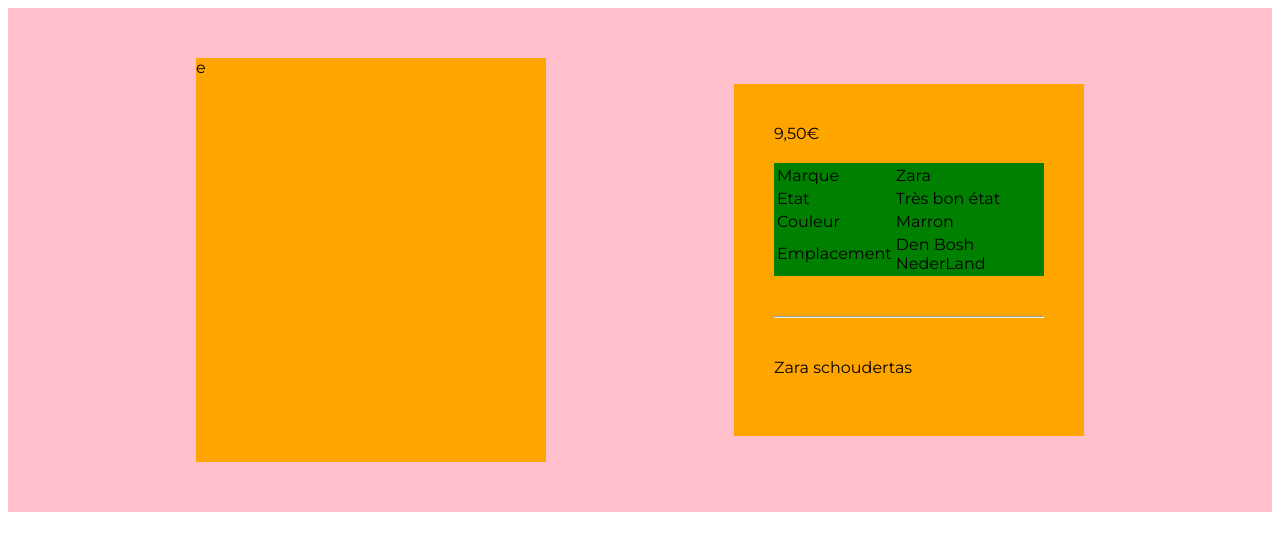
Repository: mel-in-a/vinted-front-clone
Page: html/offer.html
These files come from the project's save history. The page is drawn as it stood at one moment and after a run of saves; the edit follows.
The browser window is 1280 px wide. The pictures show the whole page.

Above is the page before, as saved 2021-07-29 16:40:12.

### html/offer.html
<!DOCTYPE html>
<html lang="en">
  <head>
    <meta charset="UTF-8" />
    <meta http-equiv="X-UA-Compatible" content="IE=edge" />
    <meta name="viewport" content="width=device-width, initial-scale=1.0" />
    <link rel="preconnect" href="https://fonts.googleapis.com" />
    <link rel="preconnect" href="https://fonts.gstatic.com" crossorigin />
    <link
      href="https://fonts.googleapis.com/css2?family=Montserrat:wght@100;200;300;400;500;600;700;800;900&display=swap"
      rel="stylesheet"
    />
    <link rel="stylesheet" href="/offer.css" />
    <title>Document</title>
  </head>
  <body>
    <div class="offer">
      <div class="left">e</div>
      <div class="right">
        <div class="price">9,50€</div>
        <div class="horizontal">
          <table>
            <tr>
              <td>Marque</td>
              <td>Zara</td>
            </tr>
            <tr>
              <td>Etat</td>
              <td>Très bon état</td>
            </tr>
            <tr>
              <td>Couleur</td>
              <td>Marron</td>
            </tr>
            <tr>
              <td>Emplacement</td>
              <td>Den Bosh NederLand</td>
            </tr>
          </table>
        </div>
        <hr />
        <div class="editor">Zara schoudertas</div>
        <div class="description"></div>
      </div>
    </div>
  </body>
</html>

### html/offer.css
* {
  font-family: "Montserrat", sans-serif;
}
.offer {
  width: 100%;
  display: flex;
  background-color: pink;
  height: 70vh;
  justify-content: space-evenly;
  align-items: center;
  flex-shrink: 0;
}

.offer .left,
.offer .right {
  width: 350px;
  background-color: orange;

}
.offer .left {
    height: 80%;
}
.offer .right {
    height: 70%;
  padding: 40px;
  box-sizing: border-box;
}

.offer .horizontal {
  margin-top: 20px;
  background-color: green;
}

.offer .horizontal table {
  width: 100%;
}

.offer hr {
  margin: 40px 0;
}

After the next 2 saves:
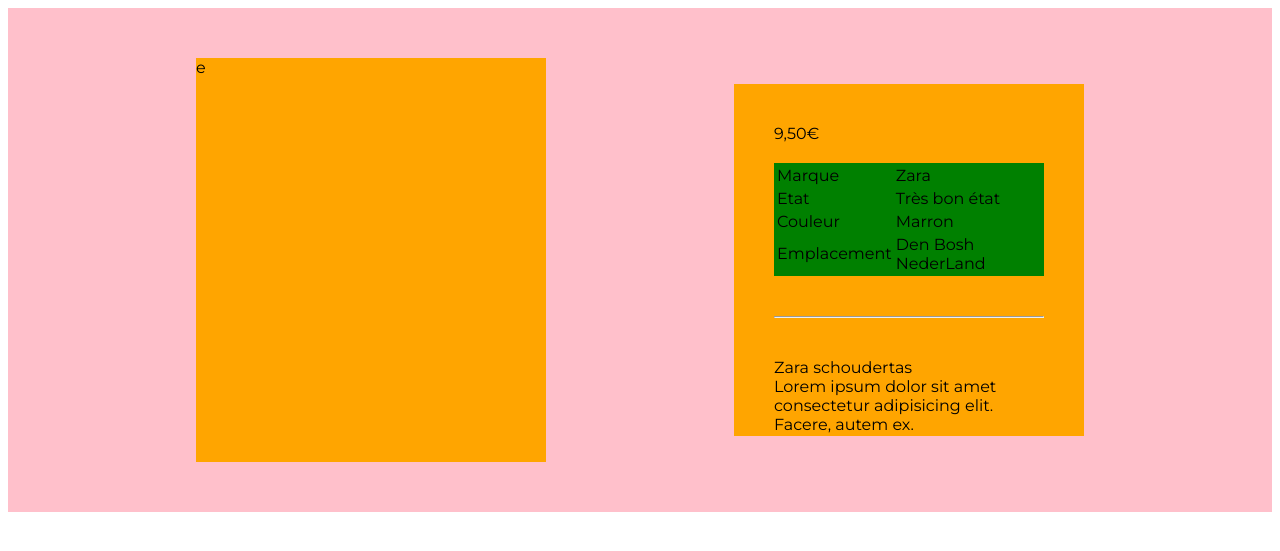
The 2 saves are shown as one change because they came seconds apart.
The last was saved 8 s later.
--- a/html/offer.html
+++ b/html/offer.html
@@ -40,7 +40,7 @@
         </div>
         <hr />
         <div class="editor">Zara schoudertas</div>
-        <div class="description"></div>
+        <div class="description">Lorem ipsum dolor sit amet consectetur adipisicing elit. Facere, autem ex.</div>
       </div>
     </div>
   </body>
